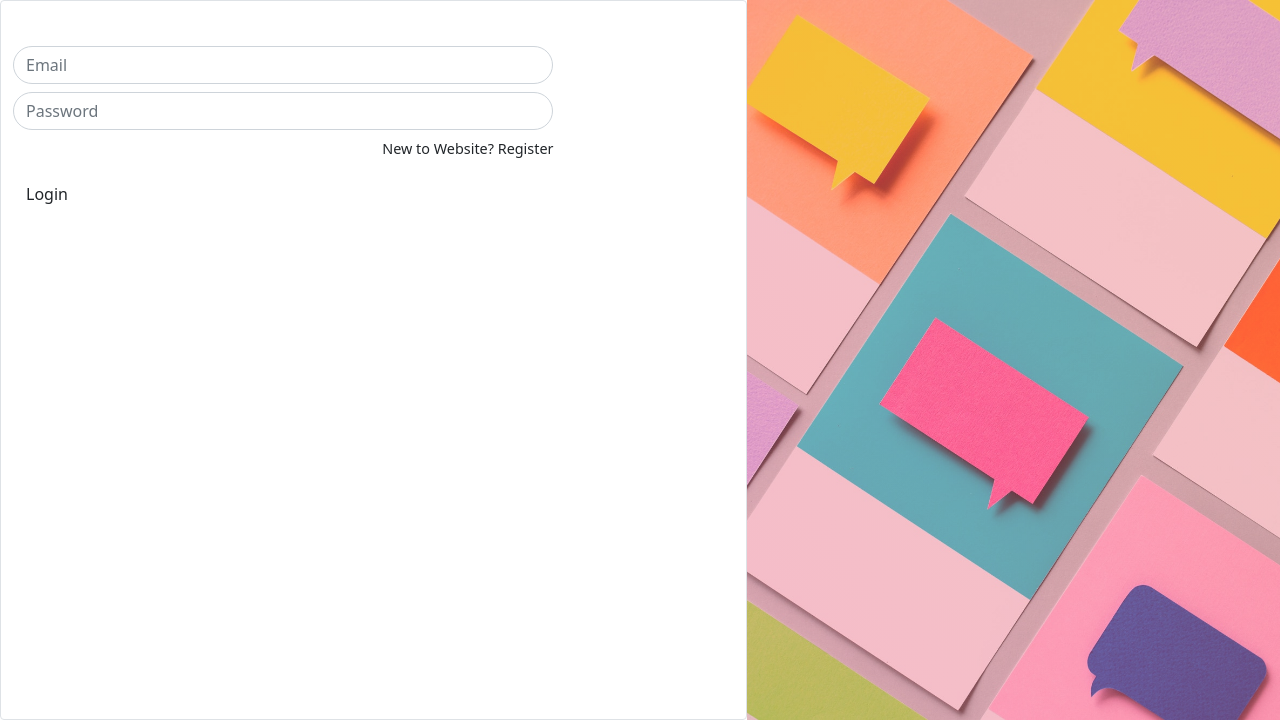
Repository: SaudCh/React-login
Page: /login
These files come from the project's save history. The page is drawn as it stood at one moment and after the next save; the edit follows.
The browser window is 1280 px wide. The pictures show the whole page.
The project was rebuilt for these pictures with package versions that can differ from the ones it lists, and the page was loaded fresh each time. Also part of the build but not shown: src/Components/Register/RegsiterCss.js, src/Components/Register/RegisterValidation.js, src/Components/Register/Register.jsx, src/Components/Home/Home.jsx.

Above is the page before, as saved 2022-02-06 12:25:35.

After the next save:
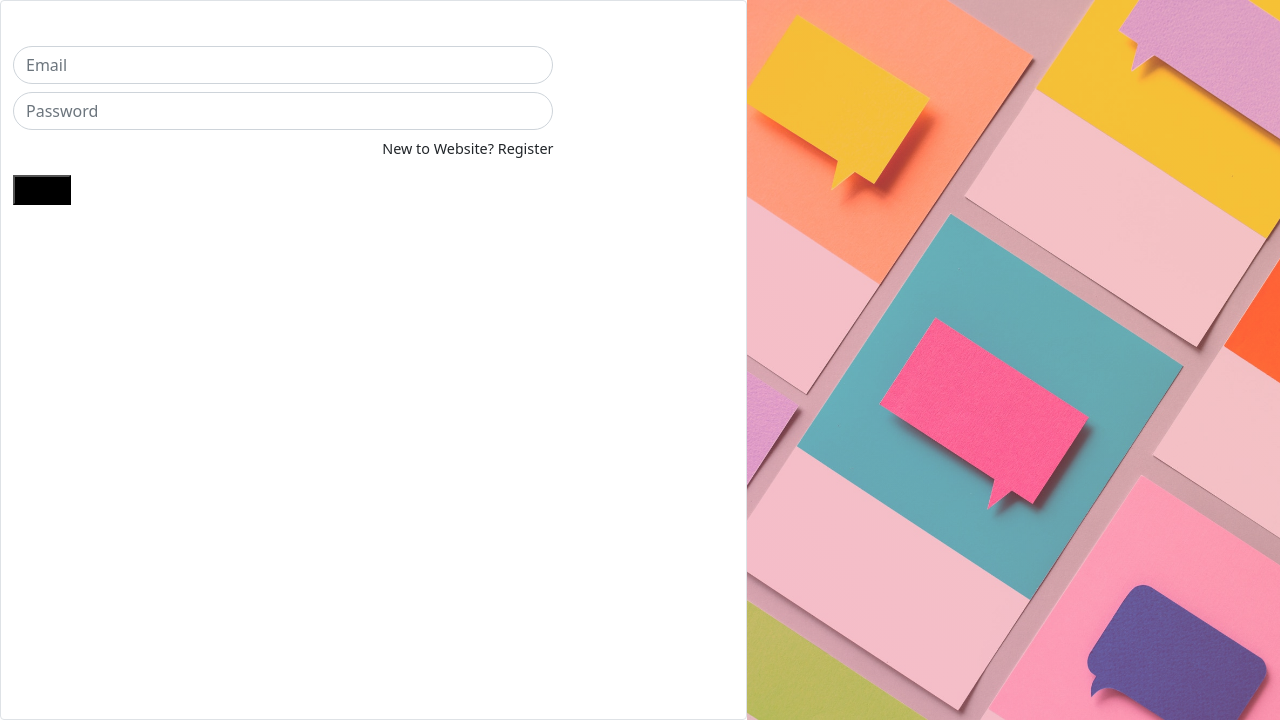
Saved 17 s later.
--- a/src/Components/Login/Login.jsx
+++ b/src/Components/Login/Login.jsx
@@ -86,7 +86,7 @@ export default function Login() {
                     New to Website? <span>Register</span>
                   </p>
                 </div>
-                <button className="btn login-btn">
+                <button className=" login-btn">
                   Login
                 </button>
               </div>
